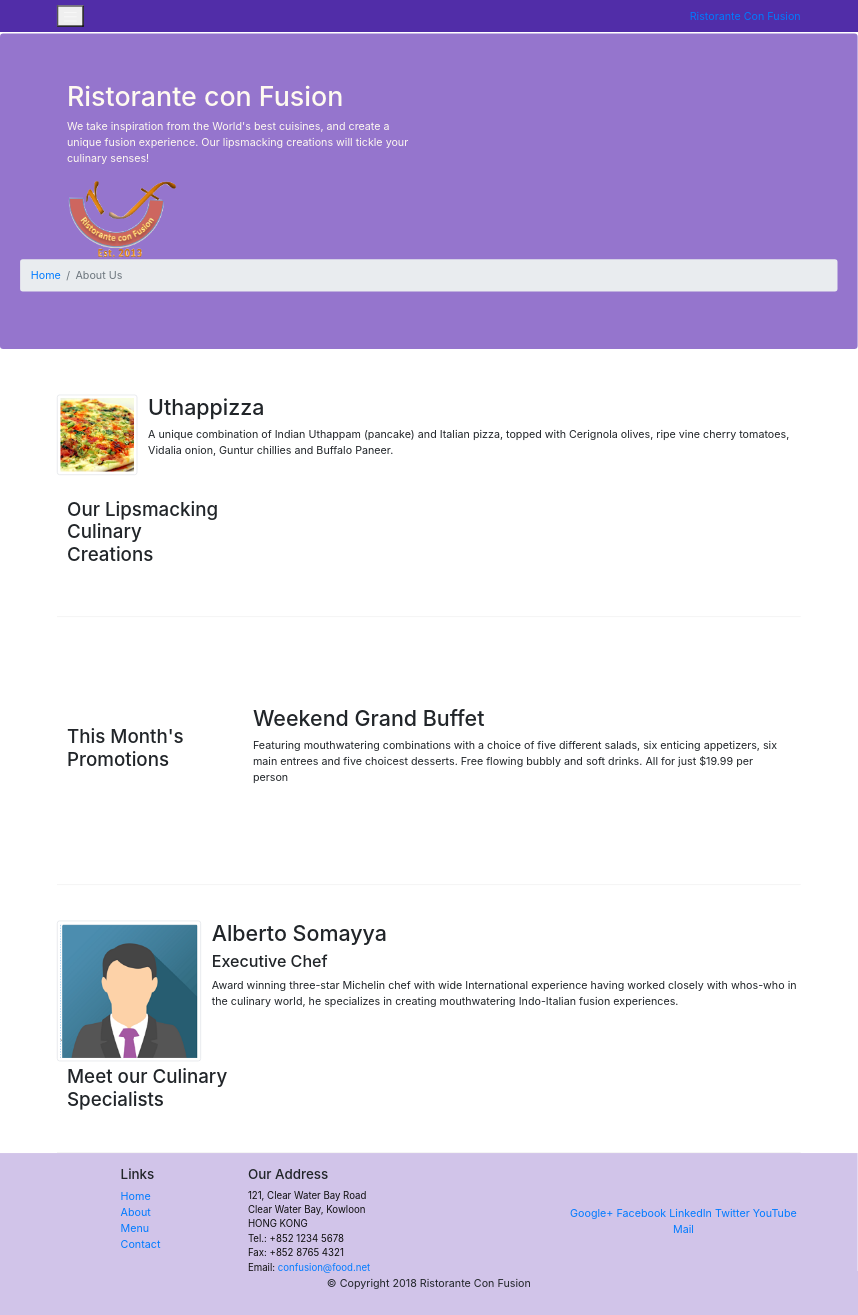
Repository: HwZau/conFusion
Page: index.html
These files come from the project's save history. The page is drawn as it stood at one moment and after the next save; the edit follows.
The browser window is 1280 px wide. The pictures show the whole page, at 67% of full size.

Above is the page before, as saved 2022-05-26 10:13:15.

After the next save:
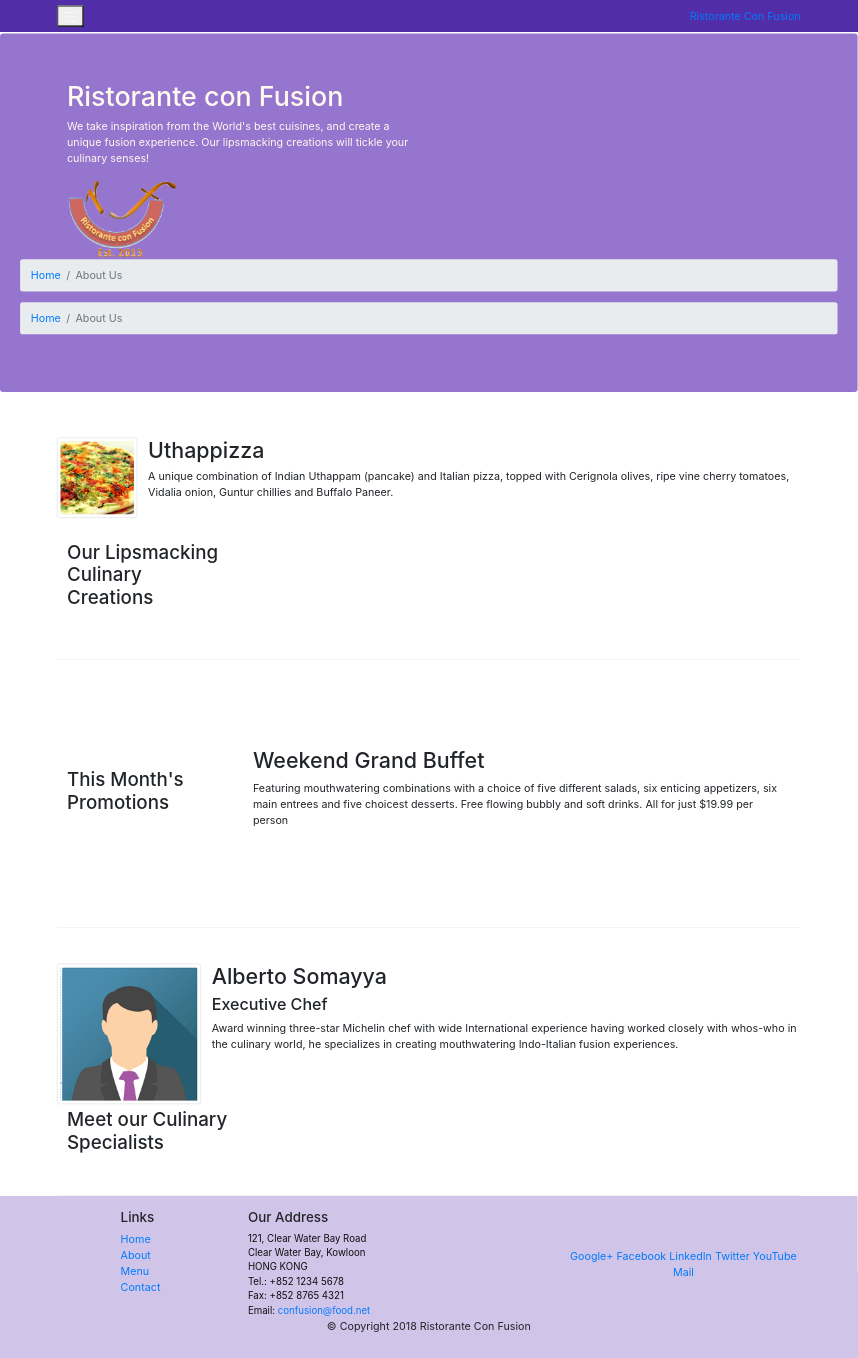
Saved 13 s later.
--- a/index.html
+++ b/index.html
@@ -47,6 +47,10 @@
         <img src="img/logo.png" alt="" class="img-fluid">
       </div>
     </div>
+    <ol class="col-12 breadcrumb">
+      <li class="breadcrumb-item"><a href="./index.html">Home</a></li>
+      <li class="breadcrumb-item active"><a>About Us</a></li>
+    </ol>
     <ol class="col-12 breadcrumb">
       <li class="breadcrumb-item"><a href="./index.html">Home</a></li>
       <li class="breadcrumb-item active"><a>About Us</a></li>

After the 3 saves that followed:
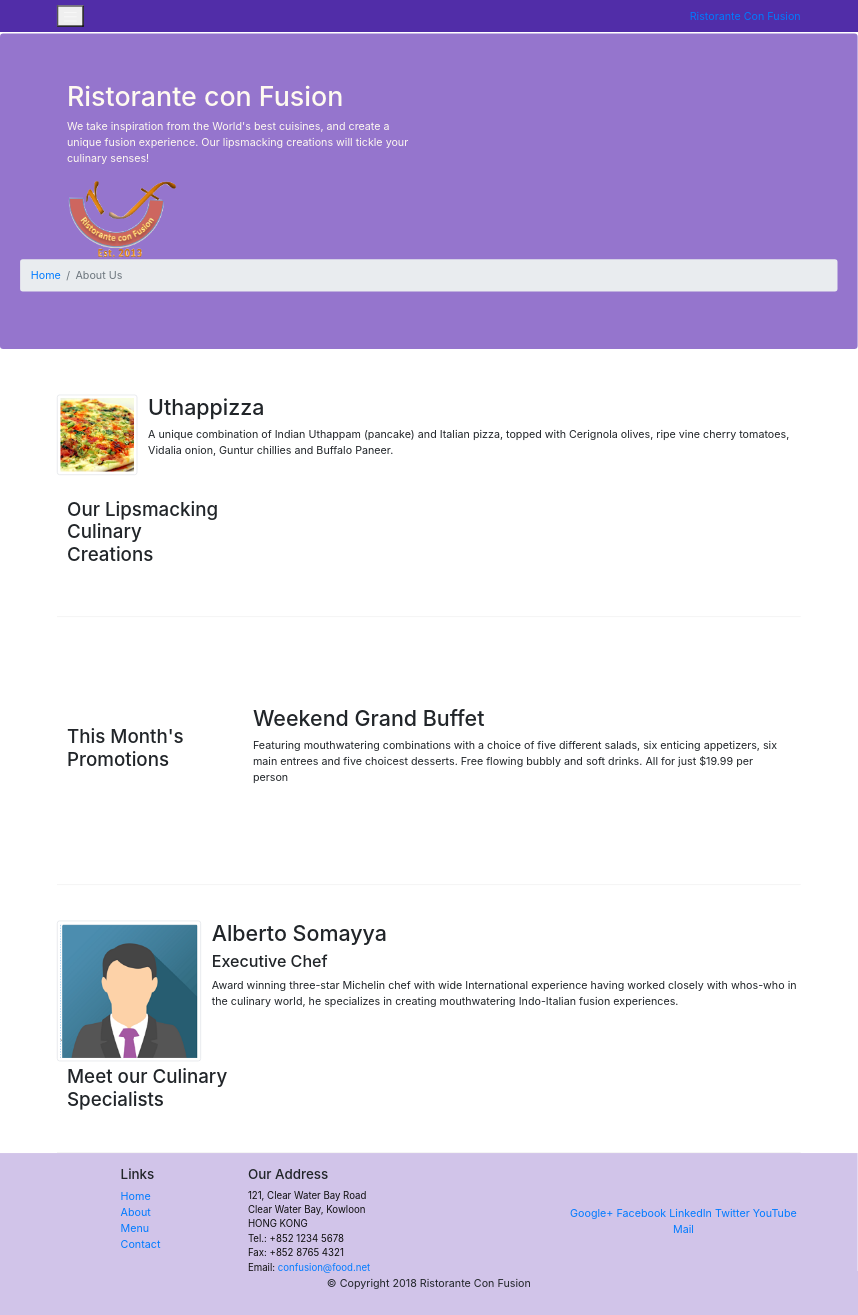
The 3 saves are shown as one change because they came seconds apart.
The last was saved 13 s later.
--- a/index.html
+++ b/index.html
@@ -47,10 +47,6 @@
         <img src="img/logo.png" alt="" class="img-fluid">
       </div>
     </div>
-    <ol class="col-12 breadcrumb">
-      <li class="breadcrumb-item"><a href="./index.html">Home</a></li>
-      <li class="breadcrumb-item active"><a>About Us</a></li>
-    </ol>
     <ol class="col-12 breadcrumb">
       <li class="breadcrumb-item"><a href="./index.html">Home</a></li>
       <li class="breadcrumb-item active"><a>About Us</a></li>
